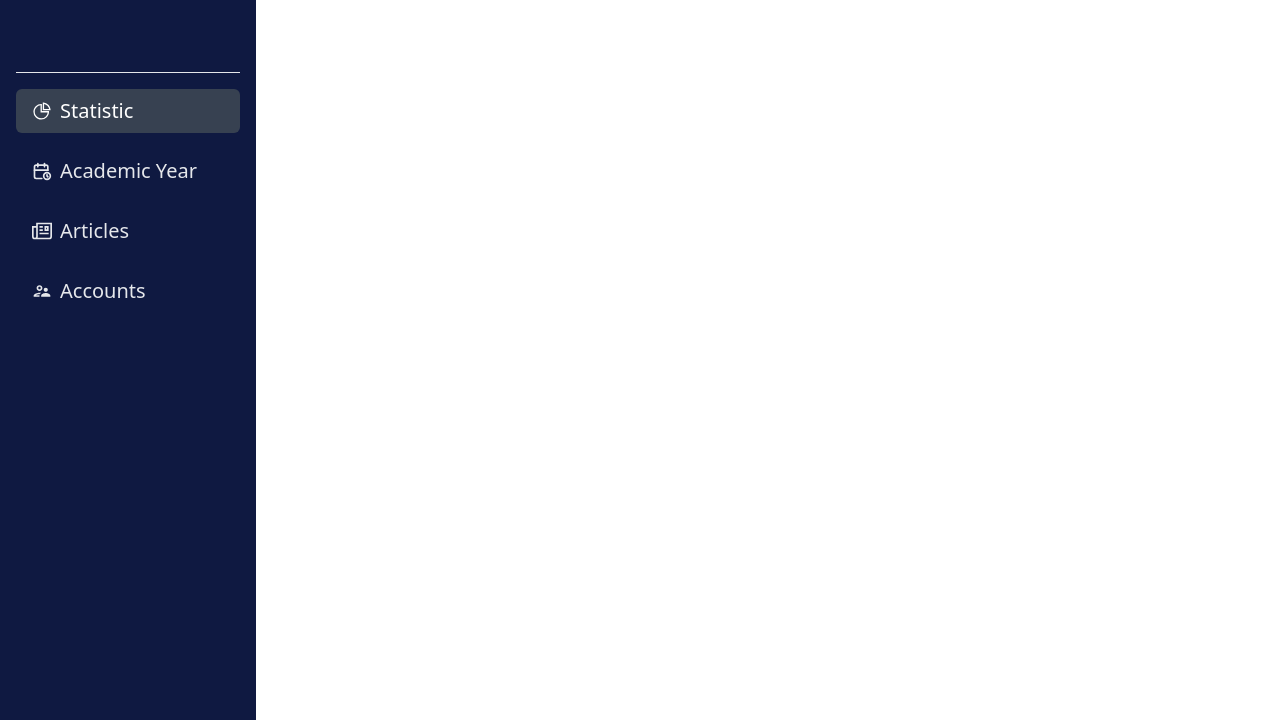
Repository: huynhvanngoan/COMP1640FE-Template
Page: /admin
These files come from the project's save history. The page is drawn as it stood at one moment and after the next save; the edit follows.
The browser window is 1280 px wide. The pictures show the whole page.
The project was rebuilt for these pictures with package versions that can differ from the ones it lists, and the page was loaded fresh each time. Also part of the build but not shown: src/components/buttonStyles.js, src/pages/LoginPage.jsx, src/pages/admin/AdminDashboard.jsx, src/pages/student/StudentDashboard.jsx, src/pages/department/DepartmentDashboard.jsx, src/pages/marketing/MarketingDashboard.jsx, src/pages/guest/GuestDashboard.jsx.

Above is the page before, as saved 2024-03-24 05:32:37.

### src/index.js
import React from 'react';
import ReactDOM from 'react-dom/client';
import './index.css';
import App from './App';

const root = ReactDOM.createRoot(document.getElementById('root'));
root.render(
  <React.StrictMode>
      <App />
  </React.StrictMode>
)

### src/index.css
@import url('https://fonts.googleapis.com/css2?family=Inter:wght@100;200;300;400;500;600;700;800;900&display=swap');
@tailwind base;
@tailwind components;
@tailwind utilities;

### src/App.js
import React from 'react'
import { BrowserRouter as Router, Routes, Route, Navigate } from "react-router-dom";
import LoginPage from './pages/LoginPage';
import AdminDashboard from './pages/admin/AdminDashboard';
import StudentDashboard from './pages/student/StudentDashboard';
import DepartmentDashboard from './pages/department/DepartmentDashboard';
import MarketingDashboard from './pages/marketing/MarketingDashboard';
import GuestDashboard from './pages/guest/GuestDashboard';
import Layout from './pages/admin/layout';
const App = () => {


  return (
    <Router>
        <Routes>
          <Route path="/login" element={<LoginPage/>} />

          <Route path="/admin" element={<Layout />}/>

          <Route path="/student-dashboard" element={<StudentDashboard />}/>

          <Route path="/guest-dashboard" element={<GuestDashboard />}/>

          <Route path="/department-dashboard" element={<DepartmentDashboard />}/>

          <Route path="/marketing-dashboard" element={<MarketingDashboard />}/>

          {/* <Route path='/marketing-homepage' element={<MarketingHomePage  />}/> */}

          <Route path='*' element={<Navigate to="/login" />} />

        </Routes>
    </Router>
  )
}

export default App

### src/pages/admin/layout.js
import React from 'react';
import Sidebar from './Sidebar';


export default function Layout() {
  return (
    <>
        <Sidebar />
    </>
  );
}

### src/pages/admin/Sidebar.js
import React from 'react';
import { Link } from 'react-router-dom';
import { AiOutlinePieChart } from "react-icons/ai";
import { TbCalendarTime } from "react-icons/tb";
import { GrArticle } from "react-icons/gr";
import { MdOutlineSupervisorAccount } from "react-icons/md";

export const SidebarContent = [
  {
    icon: AiOutlinePieChart,
    heading: "Statistic"
  },
  {
    icon: TbCalendarTime,
    heading: "Academic Year"
  },
  {
    icon: GrArticle,
    heading: "Articles"
  },
  {
    icon: MdOutlineSupervisorAccount,
    heading: "Accounts"
  },
  {
    icon: AiOutlinePieChart,
    heading: "Statistic"
  },
]

export default function Sidebar() {
  return (
    <div className='fixed left-0 top-0 w-64 h-full bg-[#0f1941] p-4 pt-14'>
        <div className='flex items-center'>
          <ul className='my-4  border-t pt-4 w-full'>
            <li className='mb-4 group active' >
              <Link to="#" className='flex w-full rounded-md items-center space-x-2 text-gray-200 px-4 py-2 text-xl hover:bg-[#080e24] hover:text-white group-[.active]:bg-gray-700 group-[.active]:text-white'>
                <AiOutlinePieChart  />
                <span>Statistic</span>
              </Link>
            </li>
            <li className='mb-4'>
              <Link to="#" className='flex w-full rounded-md items-center space-x-2 text-gray-200 px-4 py-2 text-xl hover:bg-[#080e24] hover:text-white '>
                <TbCalendarTime  />
                <span>Academic Year</span>
              </Link>
            </li>
            <li className='mb-4'>
              <Link to="#" className='flex w-full rounded-md items-center space-x-2 text-gray-200 px-4 py-2 text-xl hover:bg-[#080e24] hover:text-white'>
                <GrArticle  />
                <span>Articles</span>
              </Link>
            </li>
            <li className='mb-4'>
              <Link to="#" className='flex w-full rounded-md items-center space-x-2 text-gray-200 px-4 py-2 text-xl hover:bg-[#080e24] hover:text-white'>
                <MdOutlineSupervisorAccount />
                <span>Accounts</span>
              </Link>
            </li>
          </ul>
        </div>
    </div>
  );
}

### tailwind.config.js
/** @type {import('tailwindcss').Config} */
module.exports = {
  content: [
    "./src/**/*.{js,jsx,ts,tsx}",
  ],
  theme: {
    extend: {
      fontFamily: {
        "inter": ["Inter", "sans-serif"]
      }
    },
  },
  plugins: [],
}

Loaded but not shown: public/index.html (common file)

After the next save:
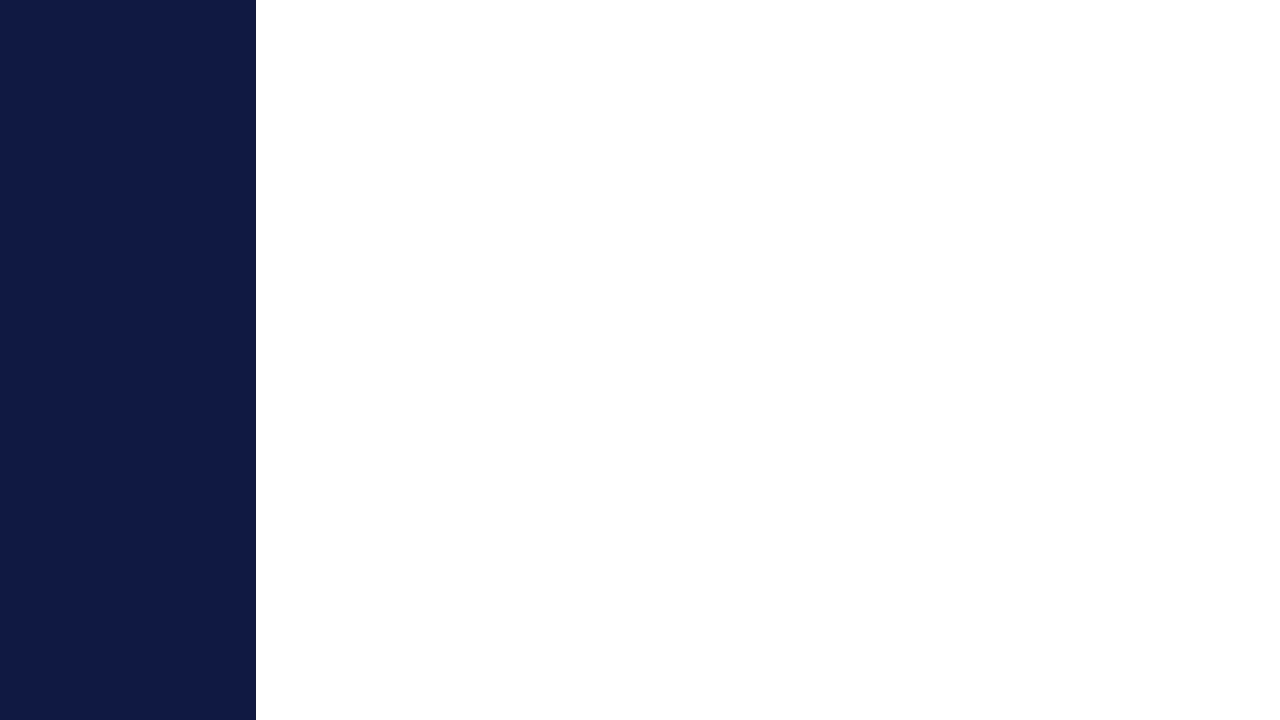
Saved 116 s later.
--- a/src/pages/admin/Sidebar.js
+++ b/src/pages/admin/Sidebar.js
@@ -32,32 +32,7 @@ export default function Sidebar() {
   return (
     <div className='fixed left-0 top-0 w-64 h-full bg-[#0f1941] p-4 pt-14'>
         <div className='flex items-center'>
-          <ul className='my-4  border-t pt-4 w-full'>
-            <li className='mb-4 group active' >
-              <Link to="#" className='flex w-full rounded-md items-center space-x-2 text-gray-200 px-4 py-2 text-xl hover:bg-[#080e24] hover:text-white group-[.active]:bg-gray-700 group-[.active]:text-white'>
-                <AiOutlinePieChart  />
-                <span>Statistic</span>
-              </Link>
-            </li>
-            <li className='mb-4'>
-              <Link to="#" className='flex w-full rounded-md items-center space-x-2 text-gray-200 px-4 py-2 text-xl hover:bg-[#080e24] hover:text-white '>
-                <TbCalendarTime  />
-                <span>Academic Year</span>
-              </Link>
-            </li>
-            <li className='mb-4'>
-              <Link to="#" className='flex w-full rounded-md items-center space-x-2 text-gray-200 px-4 py-2 text-xl hover:bg-[#080e24] hover:text-white'>
-                <GrArticle  />
-                <span>Articles</span>
-              </Link>
-            </li>
-            <li className='mb-4'>
-              <Link to="#" className='flex w-full rounded-md items-center space-x-2 text-gray-200 px-4 py-2 text-xl hover:bg-[#080e24] hover:text-white'>
-                <MdOutlineSupervisorAccount />
-                <span>Accounts</span>
-              </Link>
-            </li>
-          </ul>
+
         </div>
     </div>
   );
